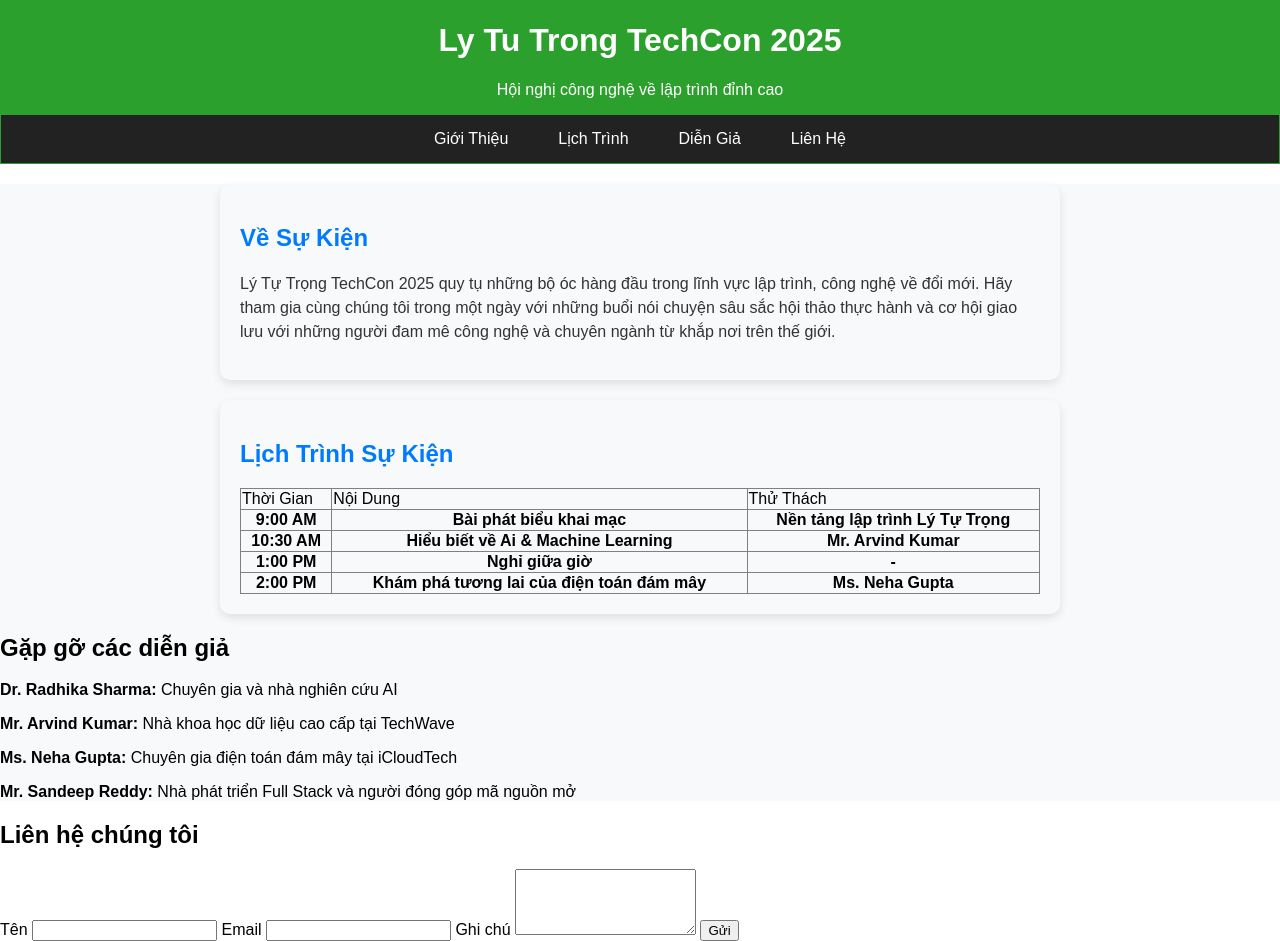
Repository: NhatMinh121/BaiTapVeNha1
Page: index.html
These files come from the project's save history. The page is drawn as it stood at one moment and after the next save; the edit follows.
The browser window is 1280 px wide. The pictures show the whole page.

Above is the page before, as saved 2025-03-28 23:04:07.

### index.html
<!DOCTYPE html>
<html lang="en">

<head>
    <meta charset="UTF-8">
    <meta name="viewport" content="width=device-width, initial-scale=1.0">
    <title>Lý Tự Trọng TechCon 2025</title>
    <link rel="stylesheet" href="style.css">
</head>

<body>
    <header>
        <h1>Ly Tu Trong TechCon 2025</h1>
        <p>Hội nghị công nghệ về lập trình đỉnh cao</p>
        <div class="menu">
            <nav>
                <ul>
                    <li>Giới Thiệu</li>
                    <li>Lịch Trình</li>
                    <li>Diễn Giả</li>
                    <li>Liên Hệ</li>
                </ul>
            </nav>
        </div>

    </header>
    <main>
        <div class="main-event">
            <h2>Về Sự Kiện</h2>
            <p>Lý Tự Trọng TechCon 2025 quy tụ những bộ óc hàng đầu trong lĩnh vực lập trình, công nghệ về đổi mới. Hãy tham gia cùng chúng tôi trong một ngày với những buổi nói chuyện sâu sắc hội thảo thực hành và cơ hội giao lưu với những người đam mê
                công nghệ và chuyên ngành từ khắp nơi trên thế giới.</p>
        </div>
        <div class="main-schedule">
            <h2>Lịch Trình Sự Kiện</h2>
            <table border="1">
                <tr>
                    <td>Thời Gian</td>
                    <td>Nội Dung</td>
                    <td>Thử Thách</td>
                </tr>
                <tr>
                    <th>9:00 AM</th>
                    <th>Bài phát biểu khai mạc</th>
                    <th>Nền tảng lập trình Lý Tự Trọng</th>
                </tr>
                <tr>
                    <th>10:30 AM</th>
                    <th>Hiểu biết về Ai & Machine Learning</th>
                    <th>Mr. Arvind Kumar</th>
                </tr>
                <tr>
                    <th>1:00 PM</th>
                    <th>Nghỉ giữa giờ</th>
                    <th>-</th>
                </tr>
                <tr>
                    <th>2:00 PM</th>
                    <th>Khám phá tương lai của điện toán đám mây</th>
                    <th>Ms. Neha Gupta</th>
                </tr>
            </table>
        </div>
        <div class="Meeting">
            <h2>Gặp gỡ các diễn giả</h2>
            <p><strong>Dr. Radhika Sharma:</strong> Chuyên gia và nhà nghiên cứu AI</p>
            <p><strong>Mr. Arvind Kumar:</strong> Nhà khoa học dữ liệu cao cấp tại TechWave</p>
            <p><strong>Ms. Neha Gupta:</strong> Chuyên gia điện toán đám mây tại iCloudTech</p>
            <p><strong>Mr. Sandeep Reddy:</strong> Nhà phát triển Full Stack và người đóng góp mã nguồn mở</p>
        </div>
    </main>

    <footer>
        <div class="footer-contract">
            <h2>Liên hệ chúng tôi</h2>
            <form action="#" method="post">
                <label for="name">Tên</label>
                <input type="text" id="name" name="name" required>
                <label for="email">Email</label>
                <input type="email" id="email" name="email" required>
                <label for="message">Ghi chú</label>
                <textarea id="message" name="message" rows="4" required></textarea>
                <button type="submit" value="Gửi">Gửi</button>
            </form>
        </div>

    </footer>

</body>

### style.css
body {
    margin: 0;
    padding: 0;
    box-sizing: border-box;
    font-family: Arial, sans-serif;
}

header {
    background-color: #2ca02c;
    color: white;
    padding: 1px;
    text-align: center;
}

.menu {
    background-color: #222;
    padding: 10px 5px;
}

.menu ul {
    list-style: none;
    padding: 0;
    margin: 0;
    display: flex;
    justify-content: center;
    gap: 20px;
}

.menu ul li {
    color: white;
    text-decoration: none;
    font-size: 16px;
    cursor: pointer;
    padding: 5px 15px;
    transition: background 0.3s;
}

.menu ul li:hover {
    background-color: #444;
    border-radius: 5px;
}

main {
    background-color: #f8f9fa;
}

.main-event {
    padding: 20px;
    border-radius: 10px;
    box-shadow: 0px 4px 10px rgba(0, 0, 0, 0.1);
    max-width: 800px;
    margin: 20px auto;
}

.main-event h2 {
    color: #007bff;
    font-size: 24px;
    font-weight: bold;
}

.main-event p {
    font-size: 16px;
    line-height: 1.5;
    color: #333;
}

.main-schedule {
    padding: 20px;
    border-radius: 10px;
    box-shadow: 0px 4px 10px rgba(0, 0, 0, 0.1);
    max-width: 800px;
    margin: 20px auto;
}

.main-schedule h2 {
    color: #007bff;
    font-size: 24px;
    font-weight: bold;
}

.main-schedule table {
    width: 100%;
    border-collapse: collapse;
}

After the next save:
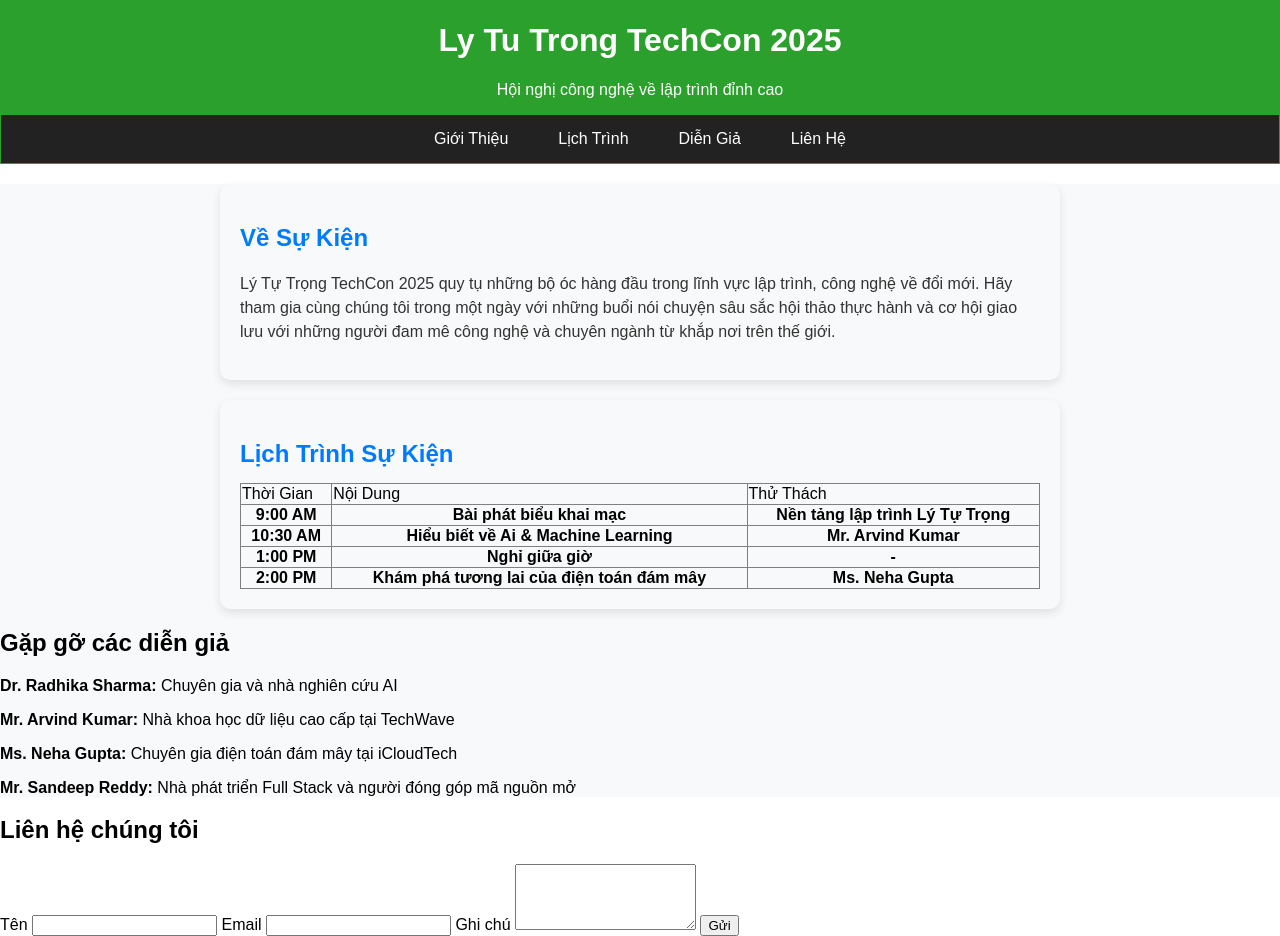
Saved 85 s later.
--- a/style.css
+++ b/style.css
@@ -76,6 +76,7 @@ main {
     color: #007bff;
     font-size: 24px;
     font-weight: bold;
+    margin-bottom: 15px;
 }
 
 .main-schedule table {
